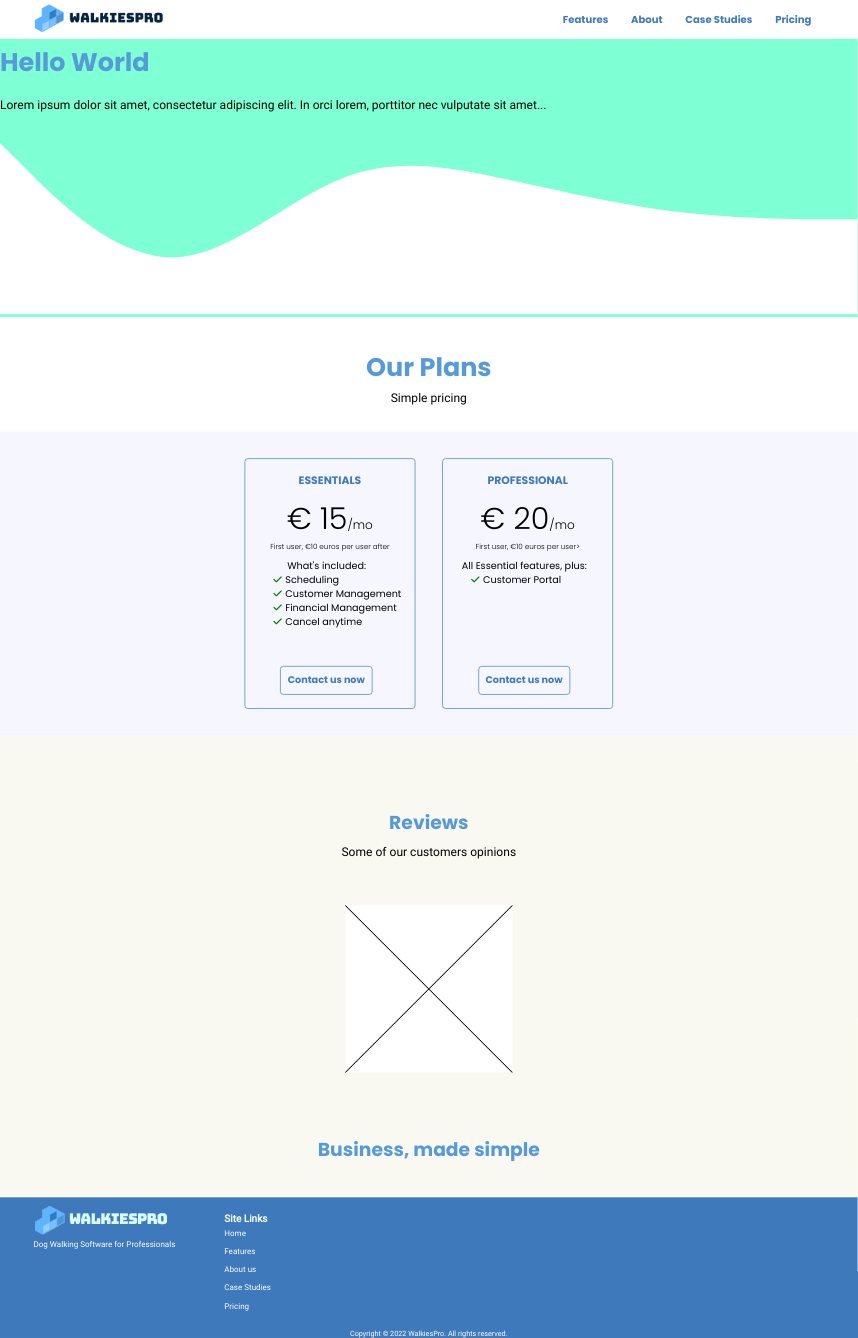
Repository: StevieC87/LAYOUT4
Page: pricing.html
The author's editor kept a copy of each file at every save. The page is drawn from the files as they stood at one save, then again after the next save.
The browser window is 1280 px wide. The pictures show the whole page, at 67% of full size.

Above is the page before, as saved 2022-01-10 20:08:25.
Console error: TypeError: Cannot read properties of null (reading 'addEventListener')

After the next save:
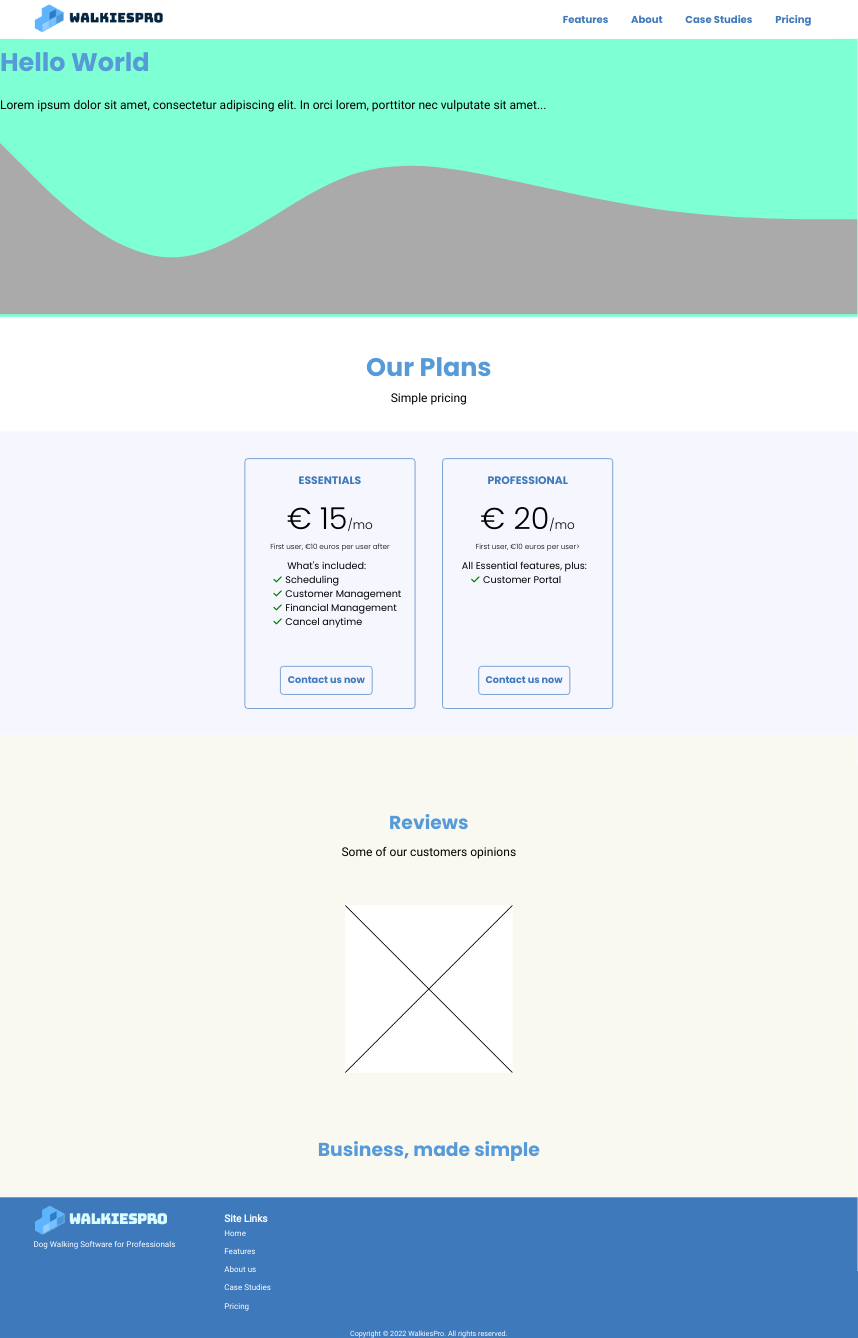
Saved 36 s later.
--- a/pricing.html
+++ b/pricing.html
@@ -54,7 +54,7 @@
           Lorem ipsum dolor sit amet, consectetur adipiscing elit. In orci lorem, porttitor nec vulputate sit amet...
         </p>
         <svg viewBox="0 0 1440 319">
-          <path fill="#fff" fill-opacity="1" d="M0,32L48,80C96,128,192,224,288,224C384,224,480,128,576,90.7C672,53,768,75,864,96C960,117,1056,139,1152,149.3C1248,160,1344,160,1392,160L1440,160L1440,320L1392,320C1344,320,1248,320,1152,320C1056,320,960,320,864,320C768,320,672,320,576,320C480,320,384,320,288,320C192,320,96,320,48,320L0,320Z"></path>
+          <path fill="#aaa" fill-opacity="1" d="M0,32L48,80C96,128,192,224,288,224C384,224,480,128,576,90.7C672,53,768,75,864,96C960,117,1056,139,1152,149.3C1248,160,1344,160,1392,160L1440,160L1440,320L1392,320C1344,320,1248,320,1152,320C1056,320,960,320,864,320C768,320,672,320,576,320C480,320,384,320,288,320C192,320,96,320,48,320L0,320Z"></path>
         </svg>
       </div>
       <section class="headerwrapper sectionwrapper">
